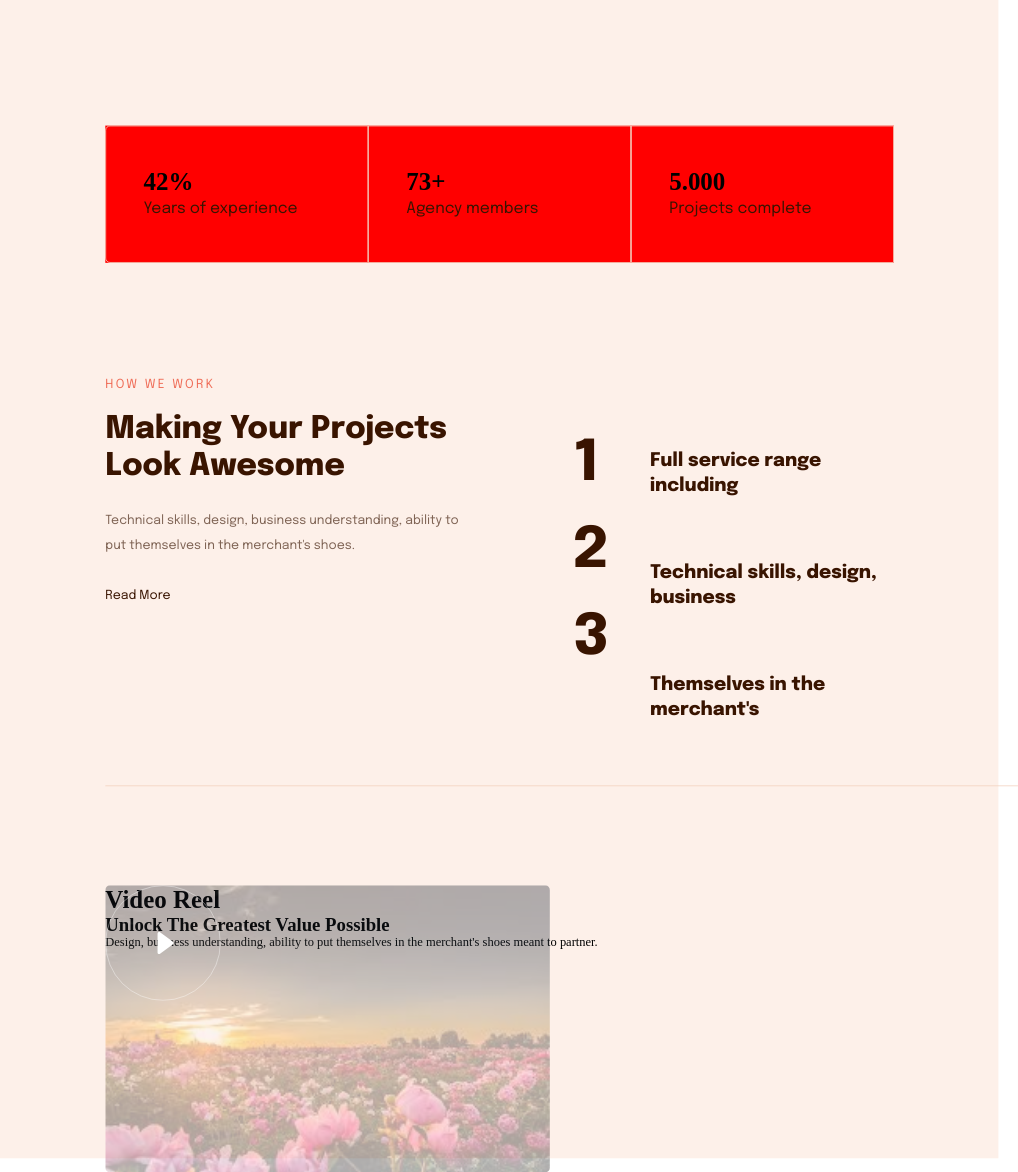
Repository: AytacJafarova/task2
Page: index.html
These files come from the project's save history. The page is drawn as it stood at one moment and after a run of saves; the edit follows.
The browser window is 1280 px wide. The page is 1305 px wide, so the pictures cover 1305 px, including what lies to the right of the window. The pictures show the whole page, at 78% of full size.

Above is the page before, as saved 2023-08-01 14:09:38.

### index.html
<!DOCTYPE html>
<html lang="en">

<head>
    <meta charset="UTF-8">
    <meta name="viewport" content="width=device-width, initial-scale=1.0">
    <title>Document</title>
    <link rel="stylesheet" href="./index.css">
</head>

<body>
    <div class="container">
        <div class="projects">
            <ul>
                <li>
                    <h1>42%</h1>
                    <p>Years of experience</p>
                </li>
                <li>
                    <h1>73+</h1>
                    <p>Agency members</p>
                </li>
                <li>
                    <h1>5.000</h1>
                    <p>Projects complete</p>
                </li>
            </ul>
        </div>
        <div class="work">
            <div class="box1">
                <h1>How we work</h1>
                <h2>Making Your Projects <br> Look Awesome</h2>
                <p class="put">Technical skills, design, business understanding, ability to put themselves in the
                    merchant's shoes.</p>
                <p>Read More</p>
            </div>
            <div class="box2">
                <ul>
                    <li>1</li>
                    <li>2</li>
                    <li>3</li>
                </ul>
                <div class="texts">
                    <h1>Full service range including</h1>
                    <h1>Technical skills, design, business</h1>
                    <h1>Themselves in the merchant's</h1>
                </div>
            </div>
        </div>
        <div class="border"></div>
        <div class="video">
            <div class="video-img">
                <img class="first" src="./images/images.jpg" alt="">
                <img src="./images/play.svg" alt="">
            </div>
            <div class="texts">
                <h1>Video Reel</h1>
                <h2>Unlock The Greatest Value Possible</h2>
                <p>Design, business understanding, ability to put themselves in the merchant's shoes meant to partner.
                </p>
            </div>
        </div>
    </div>
</body>

</html>

### index.css
@import url('https://fonts.googleapis.com/css2?family=Epilogue:wght@400;800&display=swap');
* {
    padding: 0;
    margin: 0;
    box-sizing: border-box;
}
.container {
    padding: 161px 134px 268px 135px;
    background: #FDF0E9;
}
.projects ul {
    display: flex;
    /* border-radius: 6px 0px 0px 6px; */
    background-color: red;
}
.projects ul li {
    display: flex;
    flex-direction: column;
    justify-content: center;
    list-style-type: none;
border: 1px solid #F3D1BF;
width: 33.33%;
height: 176px;
padding-left: 48px;
}
li:first-child{
border-radius: 6px 0px 0px 6px;
}
li:
/* border-radius: 0px 6px 6px 0px; */ */


.projects ul li h1 {
    color: var(--text-dark, #391400);
font-feature-settings: 'clig' off, 'liga' off;
font-family: Epilogue;
font-size: 40px;
font-style: normal;
font-weight: 800;
line-height: 48px;
}
.projects ul li p {
    color: var(--text-dark, #391400);
font-feature-settings: 'clig' off, 'liga' off;
font-family: Epilogue;
font-size: 20px;
font-style: normal;
font-weight: 400;
line-height: 32px;
}
.work {
    display:flex ;
    margin-top: 140px;
}
.box1 h1 {
    color: var(--text-dark-accent, #EF6D58);
font-feature-settings: 'clig' off, 'liga' off;
font-family: Epilogue;
font-size: 16px;
font-style: normal;
font-weight: 400;
line-height: 32px;
letter-spacing: 3px;
text-transform: uppercase;
margin-bottom: 17px;
}
.box1 h2 {
    color: var(--text-dark, #391400);
font-feature-settings: 'clig' off, 'liga' off;
font-family: Epilogue;
font-size: 40px;
font-style: normal;
font-weight: 800;
line-height: 48px;
margin-bottom: 30px;
}
.box1 .put {
    width: 470px;
height: 68px;
flex-shrink: 0;
    color: var(--text-dark-gray, rgba(57, 20, 0, 0.64));
font-feature-settings: 'clig' off, 'liga' off;
font-family: Epilogue;
font-size: 16px;
font-style: normal;
font-weight: 400;
line-height: 32px;
margin-bottom: 28px;
}
.box1 p {
    color: var(--text-dark, #391400);
font-feature-settings: 'clig' off, 'liga' off;
font-family: Epilogue;
font-size: 16px;
font-style: normal;
font-weight: 400;
line-height: 32px;
}
.box2 {
    display: flex;
    margin-left: 130px;
    margin-top: 78px;
}
.box2 ul li {
    list-style-type: none;
    color: #391400;
font-feature-settings: 'clig' off, 'liga' off;
font-family: Epilogue;
font-size: 72px;
font-style: normal;
font-weight: 800;
line-height: 80px;
letter-spacing: -2px;
margin-bottom: 32px;
}
.box2 .texts h1 {
    color: var(--text-dark, #391400);
font-feature-settings: 'clig' off, 'liga' off;
font-family: Epilogue;
font-size: 24px;
font-style: normal;
font-weight: 700;
line-height: 32px;
margin-bottom: 80px;
margin-top: 20px;
margin-left: 54px;
}
.border {
    width: 1170px;
height: 1px;
flex-shrink: 0;
background: #F3D1BF;
}
.video {
    display: flex;
    margin-top:127px;
}
.video .video-img .first  {
    width: 570px;
    height: 368px;
    flex-shrink: 0;
    border-radius: 6px;
opacity: 0.318057119846344;
background: #5C2000;
}
.video .video-img  img {
    width: 148px;
height: 148px;
flex-shrink: 0;
color: FFFFF;
margin-bottom: 0;
position: absolute;
}
.video-img {
    position: relative;
}

After the next 5 saves:
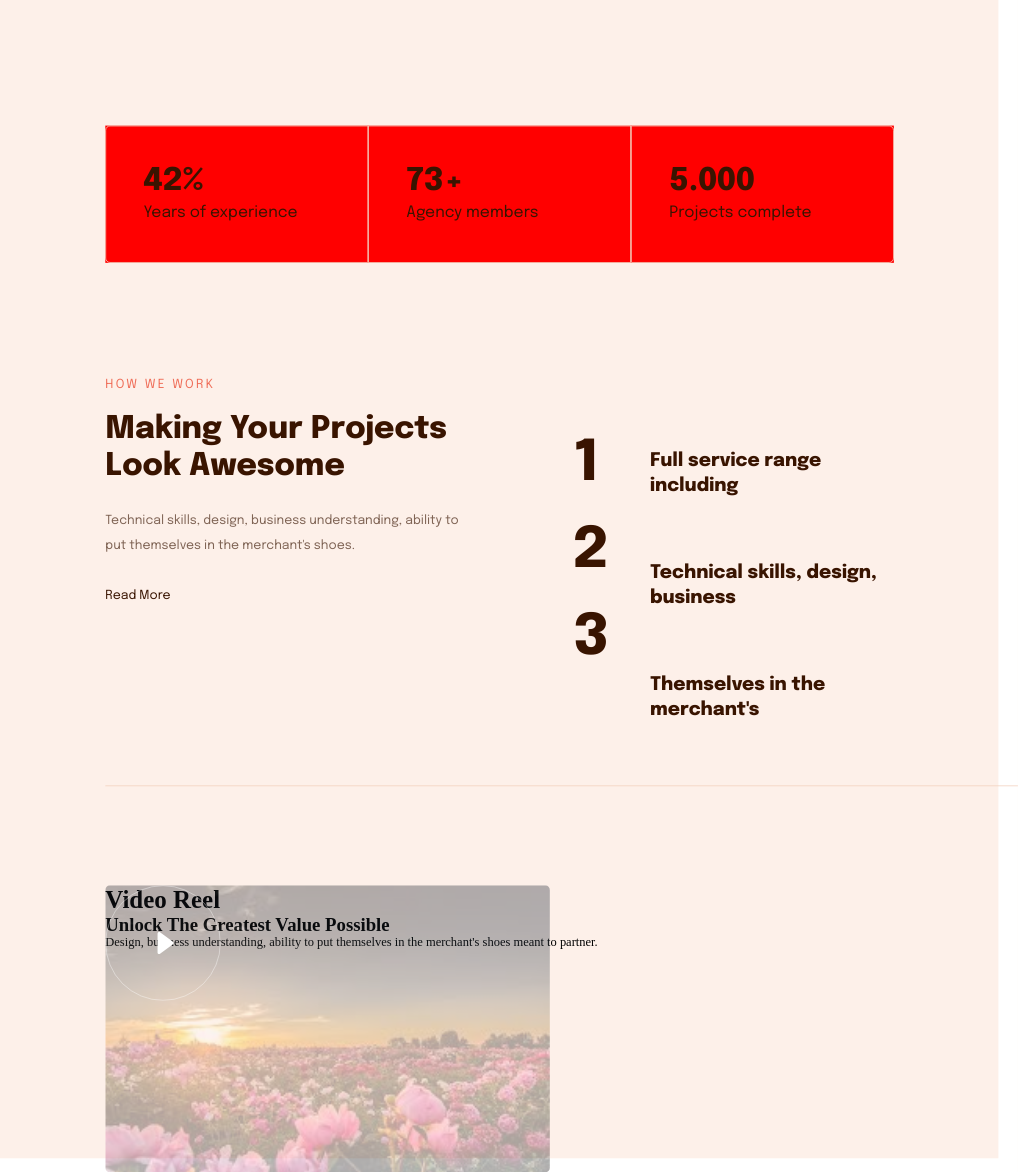
The 5 saves are shown as one change because they came seconds apart.
The last was saved 13 s later.
--- a/index.css
+++ b/index.css
@@ -26,8 +26,9 @@ padding-left: 48px;
 li:first-child{
 border-radius: 6px 0px 0px 6px;
 }
-li:
-/* border-radius: 0px 6px 6px 0px; */ */
+li:last-child{
+border-radius: 0px 6px 6px 0px;
+}
 
 
 .projects ul li h1 {
